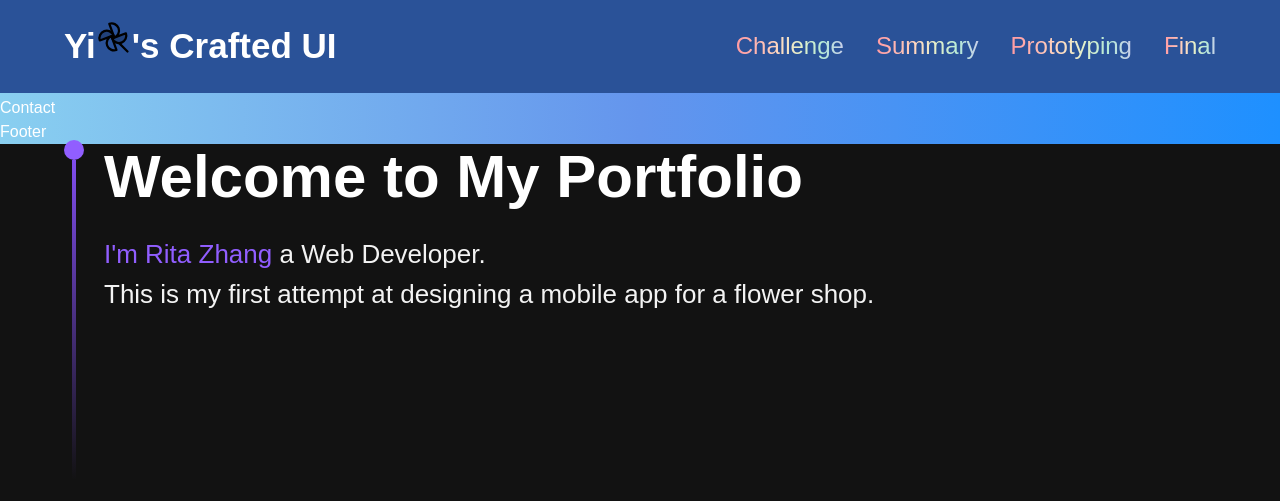
Repository: Tracy-maker/UI-design
Page: /
These files come from the project's save history. The page is drawn as it stood at one moment and after the next save; the edit follows.
The browser window is 1280 px wide. The pictures show the whole page.
Some web fonts or font styles are not loaded; a fallback is used. The project was rebuilt for these pictures with package versions that can differ from the ones it lists, and the page was loaded fresh each time. Also part of the build but not shown: vite.config.js.

Above is the page before, as saved 2024-05-29 23:01:34.

After the next save:
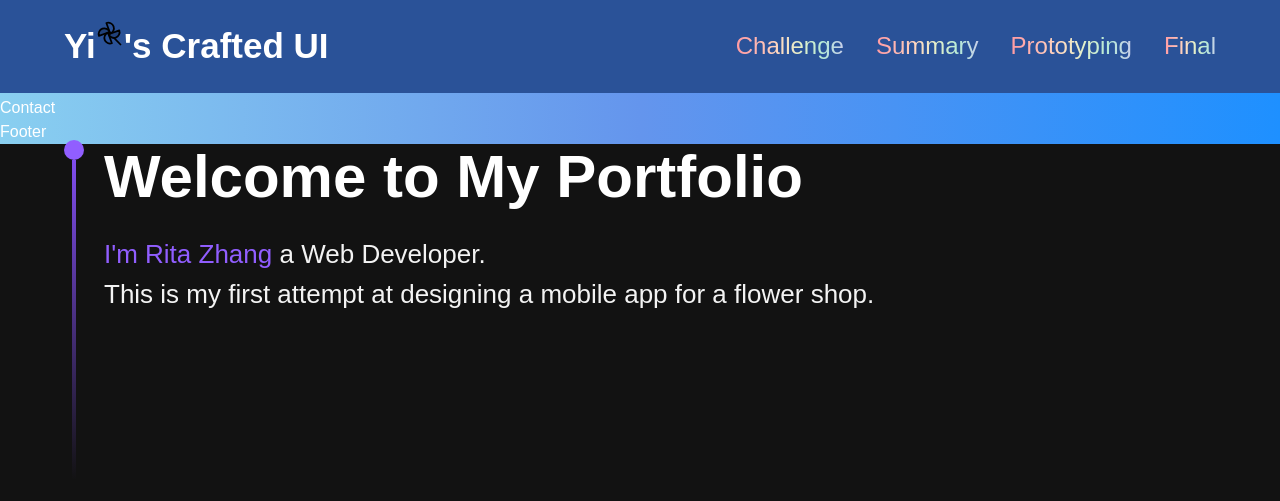
Saved 78 s later.
--- a/src/components/Navbar.jsx
+++ b/src/components/Navbar.jsx
@@ -26,7 +26,7 @@
         >
           <p className="text-white text-[35px] font-bold cursor-pointer flex ">
             Yi{" "}
-            <img src={pinwheel} alt="logo" className="w-9 h-9 object-contain" />
+            <img src={pinwheel} alt="pinwheel" className="w-7 h-7 object-contain" />
             &apos;s&nbsp;
             <span className="sm:block hidden"> Crafted UI </span>
           </p>
